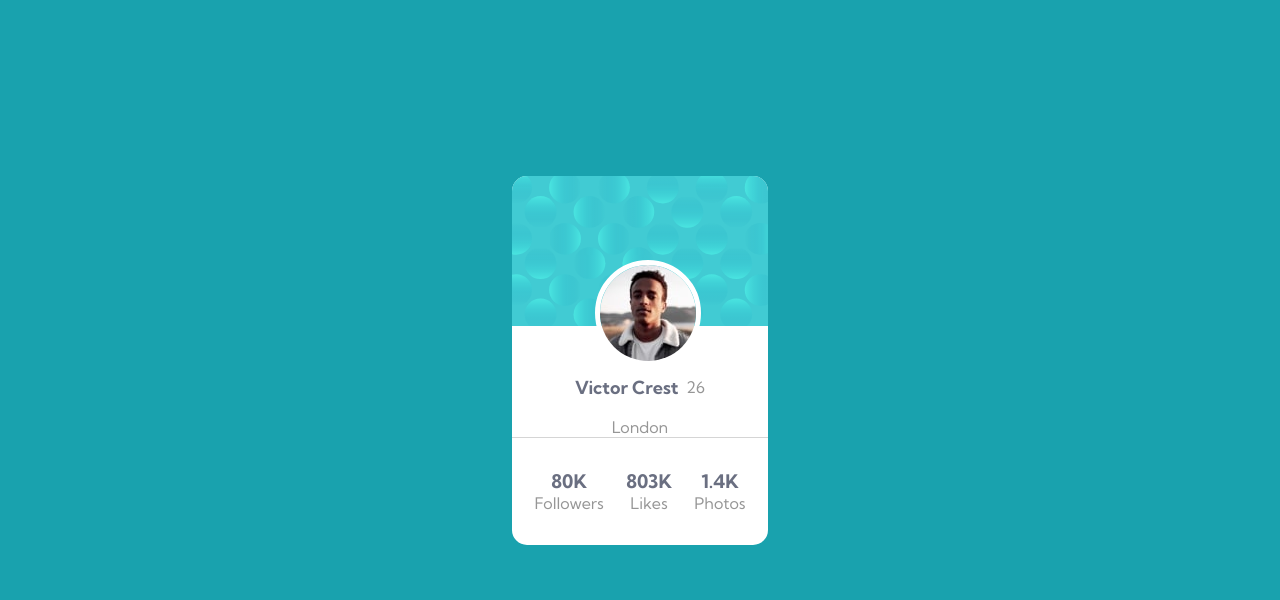
Repository: PratypartyY2K/frontendmentor-challenges
Page: profile-card-component-main/index.html
These files come from the project's save history. The page is drawn as it stood at one moment and after the next save; the edit follows.
The browser window is 1280 px wide. The pictures show the whole page.

Above is the page before, as saved 2021-07-15 13:50:14.

### profile-card-component-main/index.html
<!DOCTYPE html>
<html lang="en">
  <head>
    <meta charset="UTF-8" />
    <meta name="viewport" content="width=device-width, initial-scale=1.0" />
    <!-- displays site properly based on user's device -->

    <link
      rel="icon"
      type="image/png"
      sizes="32x32"
      href="./images/favicon-32x32.png"
    />

    <title>Frontend Mentor | Profile card component</title>

    <link rel="stylesheet" href="style.css" />
  </head>
  <body>
    <!--
    <div class="bg-upper-img">
      <img src="images/bg-pattern-top.svg">
    </div>
  -->
    <div class="card-wrapper">
      <div class="upper-div">
        <!--background-->
      </div>
      <img src="images/image-victor.jpg">
      <div class="middle-div">

          <div class="row-1"><h3>Victor Crest</h3>26</div>
          <div class="row-2">London</div>

      </div>
      <div class="stats">
        <div class="stat_element">
          <h3>80K</h3>
          Followers
        </div>
        <div class="stat_element">
          <h3>803K</h3>
          Likes
        </div>
        <div class="stat_element">
          <h3>1.4K</h3>
          Photos
        </div>
      </div>
    </div>

    <!--
    <div class="attribution">
      Challenge by
      <a href="https://www.frontendmentor.io?ref=challenge" target="_blank"
        >Frontend Mentor</a
      >. Coded by
      <a
        href="https://www.frontendmentor.io/profile/PratypartyY2K"
        target="_blank"
        >Pratyush</a
      >.
    -->
    </div><!--
    <div class="bg-bottom-img">
      <img src="images/bg-pattern-bottom.svg">
    </div>-->
  </body>
</html>

### profile-card-component-main/style.css
@import url("https://fonts.googleapis.com/css2?family=Kumbh+Sans:wght@400;700&display=swap");

:root {
  --primary-cyan: hsl(185, 75%, 39%);
  --primary-blue: hsl(229, 23%, 23%);
  --primart-grayish-blue: hsl(227, 10%, 46%);
  --neutral-dark-gray: hsl(0, 0%, 59%);
}

* {
    box-sizing: border-box;
}

body {
  font-family: "Kumbh Sans", sans-serif;
  position: relative;
  background-color: var(--primary-cyan);
  min-height: 100vh;
  display: flex;
  flex-direction: column;
  justify-content: center;
  align-items: center;
  margin: 0;
}

h3 {
    color: var(--primart-grayish-blue);
}

.card-wrapper {
    display: flex;
    flex-direction: column;
    background-color: white;
    width: 20%;
    position: relative;
    border-radius: 15px;
    overflow: hidden;
    text-align: center;
    color: var(--neutral-dark-gray);
}

.upper-div {
    background-image: url('images/bg-pattern-card.svg');
    background-repeat: no-repeat;
    background-size: cover;
    width: 100%;
    height: 150px;
}

.card-wrapper img {
    position: absolute;
    border-radius: 50%;
    border: 5px solid white;
    left: 32.5%;
    top: 23%;
}

.middle-div {
    display: flex;
    flex-direction: column;
    margin-top: 2rem;
}

.row-1 {
    display: flex;
    justify-content: center;
    align-items: center;
}

.row-1 h3 {
    padding: 0;
    margin-right: 0.5rem;
    font-size: 18px;
}

.stats {
    display: flex;
    justify-content: space-evenly;
    border-top: 0.5px solid hsla(0, 0%, 59%, 0.4);
}

.stat_element {
    display: flex;
    flex-direction: column;
    padding: 2rem 0;
}

.stat_element h3 {
    margin: 0;
}






/*
.attribution {
  font-size: 11px;
  text-align: center;
}
.attribution a {
  color: hsl(228, 45%, 44%);
}
*/

After the next save:
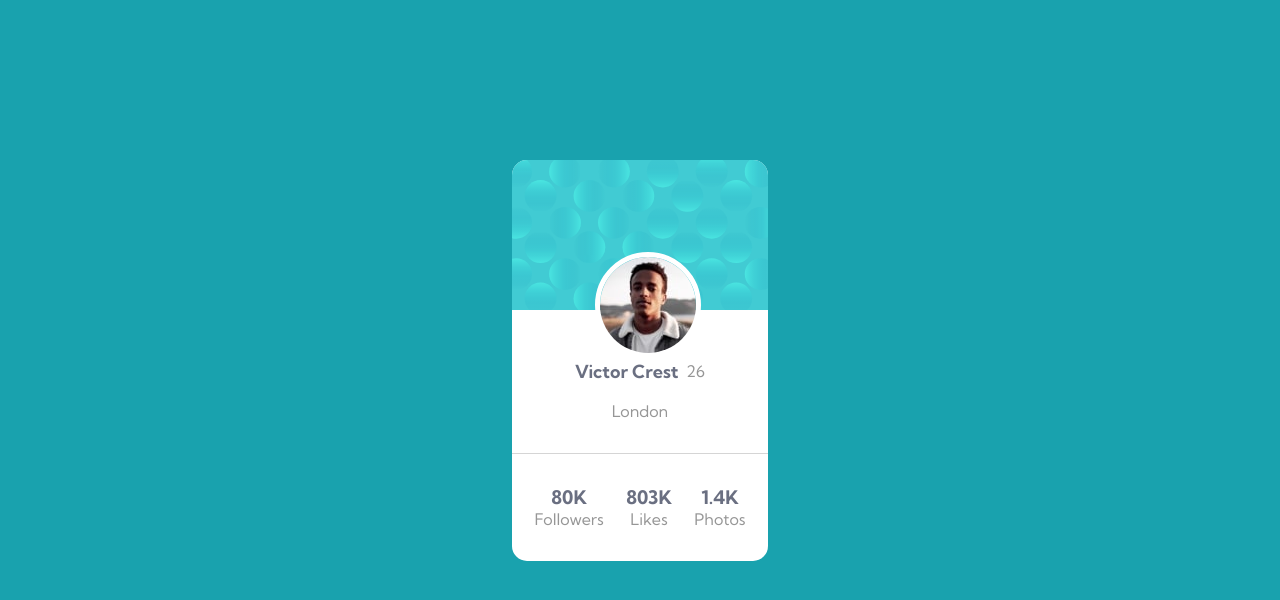
Saved 28 s later.
--- a/profile-card-component-main/style.css
+++ b/profile-card-component-main/style.css
@@ -58,7 +58,7 @@ h3 {
 .middle-div {
     display: flex;
     flex-direction: column;
-    margin-top: 2rem;
+    margin: 2rem 0;
 }
 
 .row-1 {
